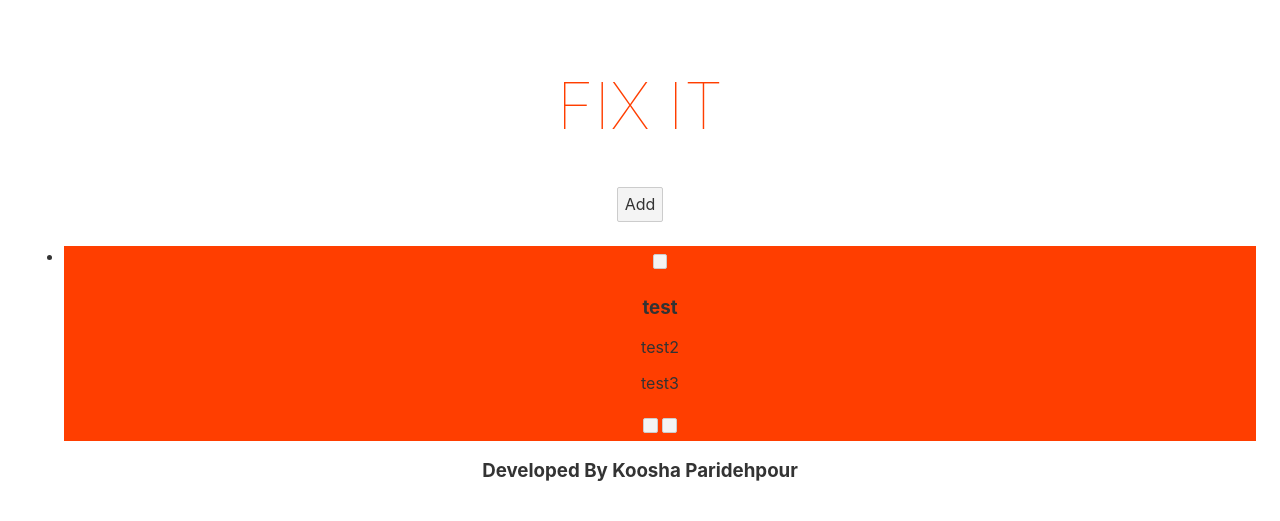
Repository: KooshaPari/fixit-go
Page: / (app in frontend/)
The author's editor kept a copy of each file at every save. The page is drawn from the files as they stood at one save, then again after a run of saves.
The browser window is 1280 px wide. The pictures show the whole page.
The project was rebuilt for these pictures with package versions that can differ from the ones it lists, and the page was loaded fresh each time.

Above is the page before, as saved 2024-09-23 20:36:13.

After the next 2 saves:
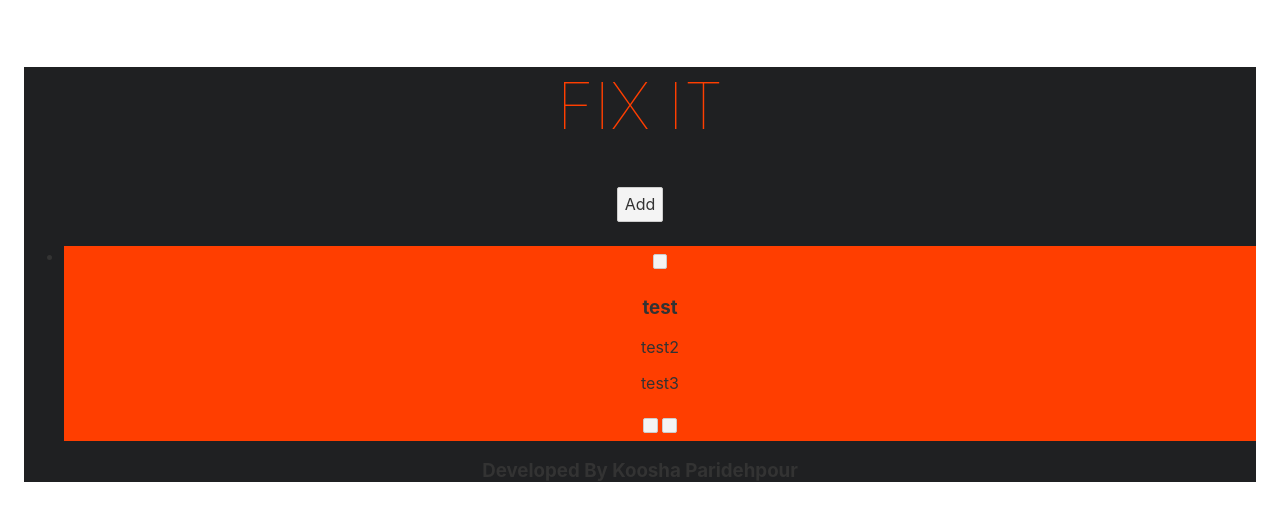
The 2 saves are shown as one change because 1 did not build or start.
The last was saved 26 s later.
--- a/frontend/src/App.svelte
+++ b/frontend/src/App.svelte
@@ -102,4 +102,8 @@
 		background-color: #ff3e00;
 
 	}
+	#parent{
+		display:block;
+		background-color: #1f2022
+	}
 </style>
